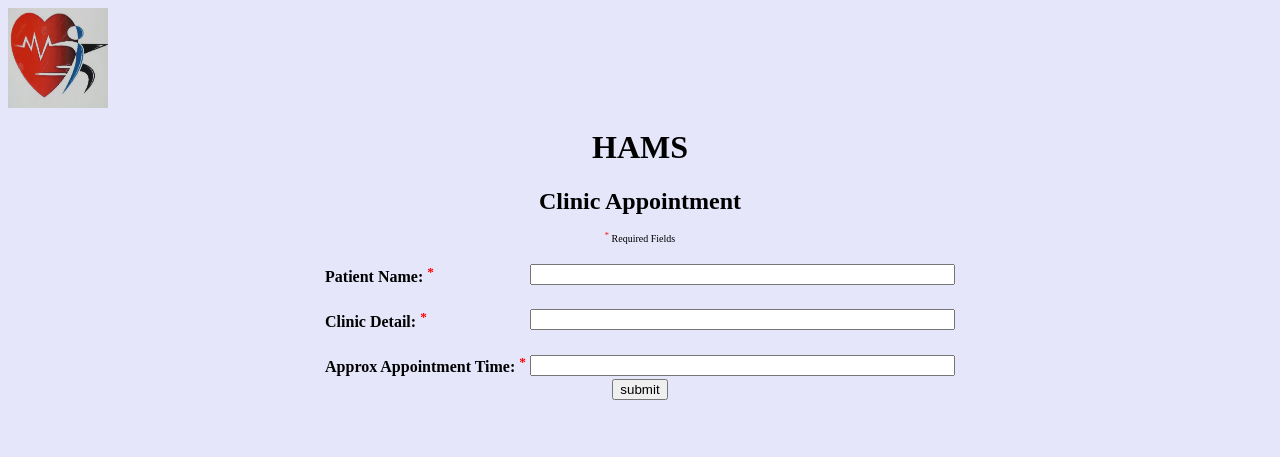
Repository: shiveshk/PullData
Page: http://localhost/Hams/edit.jsp
The author's editor kept a copy of each file at every save. The page is drawn from the files as they stood at one save, then again after the next save.
The browser window is 1280 px wide. The pictures show the whole page.
The page is served by Tomcat 9. Nobody is signed in. The application's start-up code is not run. Other server files are loaded and not shown.

Above is the page before, as saved 2015-11-05 08:08:54.

### Hams/WebContent/edit.jsp
<?xml version="1.0" encoding="ISO-8859-1" ?>
<%@page language="java" session="true" %>
<%@ page language="java" contentType="text/html; charset=ISO-8859-1"
    pageEncoding="ISO-8859-1"%>
<!DOCTYPE html PUBLIC "-//W3C//DTD XHTML 1.0 Transitional//EN" "http://www.w3.org/TR/xhtml1/DTD/xhtml1-transitional.dtd">
<html xmlns="http://www.w3.org/1999/xhtml">
<head>
<meta http-equiv="Content-Type" content="text/html; charset=ISO-8859-1" />
<title>Insert title here</title>
<script type="text/javascript">
function validate()
{
   var w=document.forms["myForm"]["patient_name"].value;
   var x=document.forms["myForm"]["clinic_detail"].value;
   //var y=document.forms["myForm"]["token_no"].value;
   var z=document.forms["myForm"]["time"].value;
   if (w.trim().length<=0) // check length of your name field
   {
      alert("Patient Name must be filled out");
      return false;
   }
   if (x.trim().length<=0) // check length of your name field
   {
      alert("clinic detail must be filled out");
      return false;
   }
   if (z.trim().length<=0) // check length of your name field
   {
      alert("Appointment time Name must be filled out");
      return false;
   }

}
</script>
<style>

 p {
  white-space: pre;
 }
sup {
    vertical-align: super;
    font-size: smaller;
    color : red;
}

img {
	align: center;
	margin: auto;
	bottom: 100px;
    height: 100px;
    width: 100px;
}


tr.row2 td {
    padding-top: 20px;
}

tr.row3 td {
    padding-top: 20px;
}

.modal-content {
    background-color: #E0E0E0 ;
}
</style>
</style>
</head>
<img src = "images/HAMSLogo.jpg" alt="hamslogo" />

<body bgcolor='#E6E6FA'>
<center>

<h1>HAMS</h1>

<form name="edit_detail" action="PatientAppointmentServlet" method="post">
	<p><b><font size=5>Clinic Appointment</font></b></p>
	<p><font size=1><sup>*</sup> Required Fields</font></p>
<table>
<tr class="row1">
	<td><b>Patient Name: <sup>*</sup></b></td>
	<td><input type="text" id="patient_name" name="patient_name" value="${sessionScope.patient_name}" size=50 maxlength=500 /> </td>
</tr>

<tr class="row2">
	<td><b>Clinic Detail: <sup>*</sup></b></td>
	<td><input type="text" id="clinic_detail" name="clinic_detail" value="${sessionScope.clinic_detail}" size=50 maxlength=500 /> </td>
</tr>

<tr class="row3">
	<td><b>Approx Appointment Time: <sup>*</sup></b></td>
	<td><input type="text" id="time" name="time" value="${sessionScope.time}" size=50 maxlength=500 /> </td>
</tr>


</table>

<input type="submit" name="submit" value="submit"/>

</form>

</center>

</body>

</html>

After the next save:
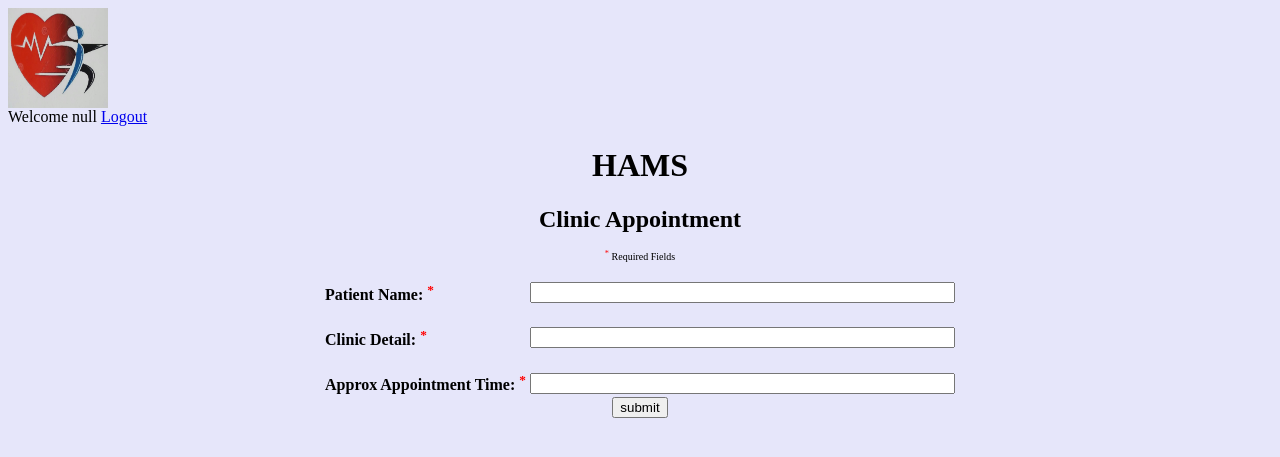
Saved 2 min 37 s later.
--- a/Hams/WebContent/edit.jsp
+++ b/Hams/WebContent/edit.jsp
@@ -69,6 +69,14 @@ tr.row3 td {
 <img src = "images/HAMSLogo.jpg" alt="hamslogo" />
 
 <body bgcolor='#E6E6FA'>
+
+<div class="container" >
+<% String username = (String)request.getSession().getAttribute("name");
+out.println("Welcome "+username);
+%>
+
+<a href="LogoutServlet">Logout</a>
+
 <center>
 
 <h1>HAMS</h1>
